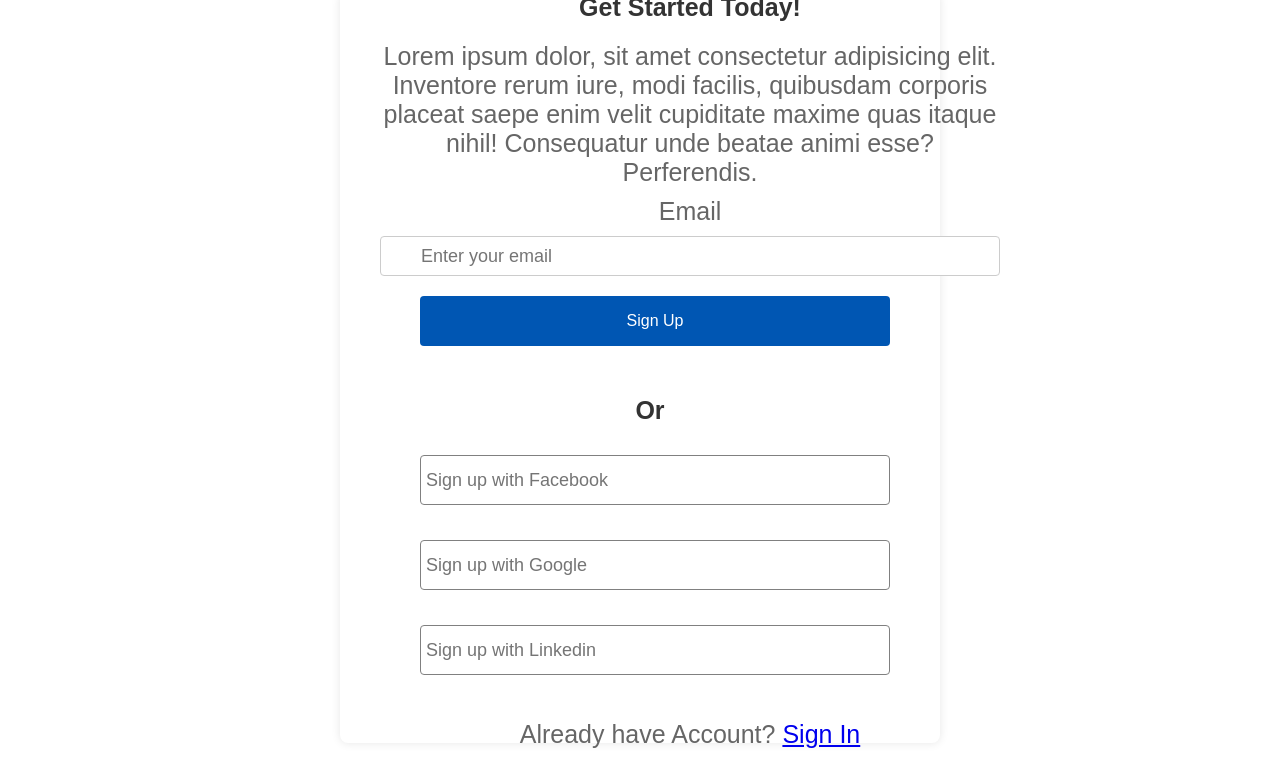
Repository: Femi007-gh/LOGIN-INTERFACE
Page: index.html
These files come from the project's save history. The page is drawn as it stood at one moment and after the next save; the edit follows.
The browser window is 1280 px wide. The pictures show the whole page.

Above is the page before, as saved 2025-01-21 13:50:37.

### index.html
<html>
  <head>
    <title></title>
    <link rel="stylesheet" href="style.css">
  </head>
  <body>
    <div class="container">
      <div class="left-session">
        <div class="form-container">
          <h1>Get Started Today!</h1>
          <p>Lorem ipsum dolor, sit amet consectetur adipisicing elit. Inventore rerum iure, modi facilis, quibusdam corporis placeat saepe enim velit cupiditate maxime quas itaque nihil! Consequatur unde beatae animi esse? Perferendis.</p>
          <form>
            <div class="inter-group">
              <p>Email</p>
              <input placeholder="Enter your email" class="email">
            </div>
           <button class="primary-btn" type="submit">
              Sign Up
            </button>
            </form>
            <p class="divider">Or</p>
            <div class="social-buttons">
              <input placeholder="Sign up with Facebook" class="sign">
              <input placeholder="Sign up with Google" class="sign">
              <input placeholder="Sign up with Linkedin" class="sign">
              <p class="pet">Already have Account? <a href="#">Sign In</a>

      </div>
      <div class="right-section"></div>
    </div>
  </body>
</html>

### style.css
body {
  font-family: Arial, sans-serif;
  display: flex;
  justify-content: center;
  align-items: center;
  height: 100vh;
}

.container {
  display: flex;
  width: 600px;
  height: 750px;
  background-color: white;
  border-radius: 8px;
  box-shadow: 0 0 10px rgba(0, 0, 0, 0.1);
}

.left-session {
  flex: 1;
  padding: 40px;
  display: flex;
  flex-direction: column;
  justify-content: center;
}

.form-container {
  text-align: center;
}

h1 {
  font-size: 28px;
  margin-bottom: 20px;
  color: #333;
}

p {
  margin: 10px 0;
  color: #666;
}



.input-wrapper {
  position: relative;
}

 .email {
  width: 620px;
  height: 40px;
  border: 1px solid #ccc;
  border-radius: 4px;
  margin-bottom: 20px;
  padding-left: 40px;
  font-size: 18px;
}


.primary-btn {
  background-color: #0056b3;
  color: white;
  border: none;
  padding: 12px 20px;
  border-radius: 4px;
  cursor: pointer;
  font-size: 16px;
  width: 470px;
  display: flex;
  align-items: center;
  justify-content: center;
  transition: background-color 0.3s ease;
  margin-bottom: 50px;
  margin-left: 40px;
  height: 50px;
}

.primary-btn:hover {
  background-color: #004494;
}

.divider {
  text-align: center;
  font-weight: bold;
  margin: 20px 0;
  color: #333;
  margin-bottom: 30px;
  margin-right: 80px;
}
 .sign {
  width: 470px;
  height: 50px;
  border: 1px solid grey;
  border-radius: 4px;
  margin-bottom: 20px;
  padding-left: 5px;
  font-size: 18px;
  margin-left: 40px;
}

.social-buttons {
  display: flex;
  flex-direction: column;
  gap: 15px;
}

.social-buttons .input-wrapper {
  background-color: transparent;
}

.center-text {
  text-align: center;
  margin-top: 20px;
  color: #333;
}

.center-text a {
  color: #0056b3;
  text-decoration: none;
  font-weight: bold;
}

.center-text a:hover {
  text-decoration: underline;
}

.pet, p, h1 {
  font-size: 25px;
}

After the next save:
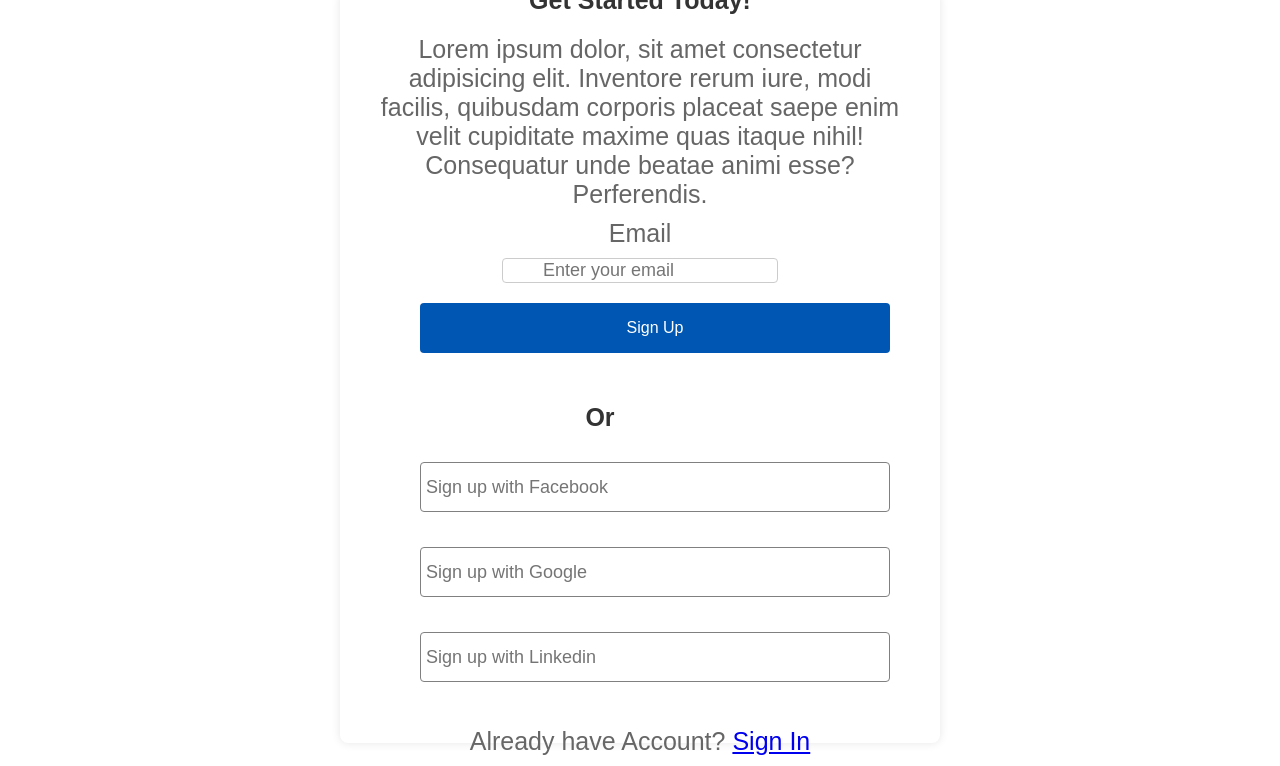
Saved 22 s later.
--- a/style.css
+++ b/style.css
@@ -45,8 +45,7 @@ p {
 }
 
  .email {
-  width: 620px;
-  height: 40px;
+
   border: 1px solid #ccc;
   border-radius: 4px;
   margin-bottom: 20px;
